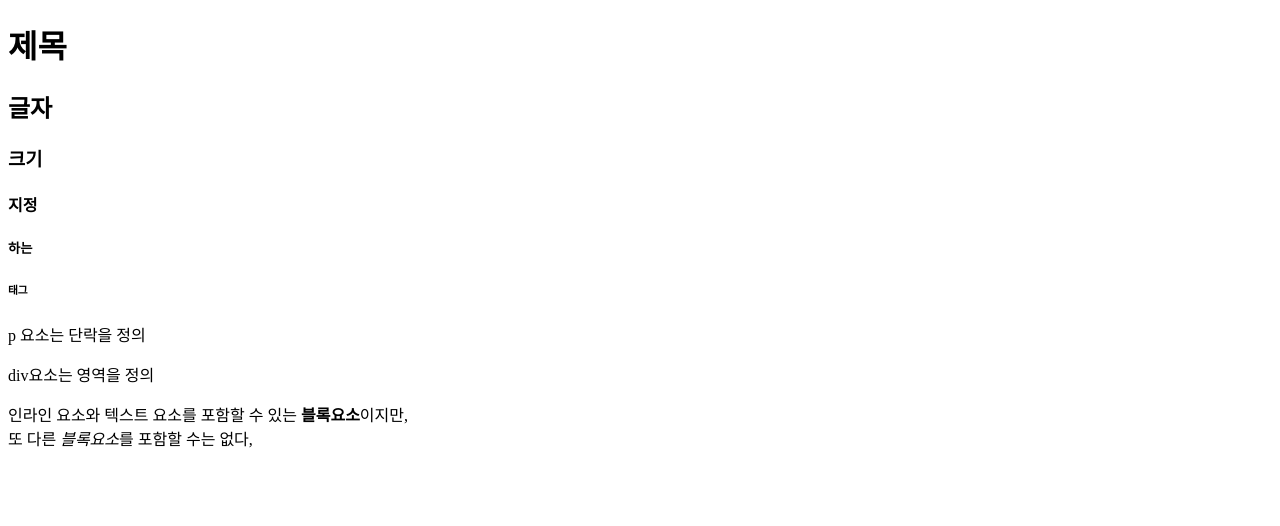
Repository: RUCKUSJERRY/PracticeOfUI
Page: UI01_HTML/WebContent/WEB-INF/html02-title-paragraph.html
These files come from the project's save history. The page is drawn as it stood at one moment and after the next save; the edit follows.
The browser window is 1280 px wide. The pictures show the whole page.

Above is the page before, as saved 2021-01-14 04:42:44.

After the next save:
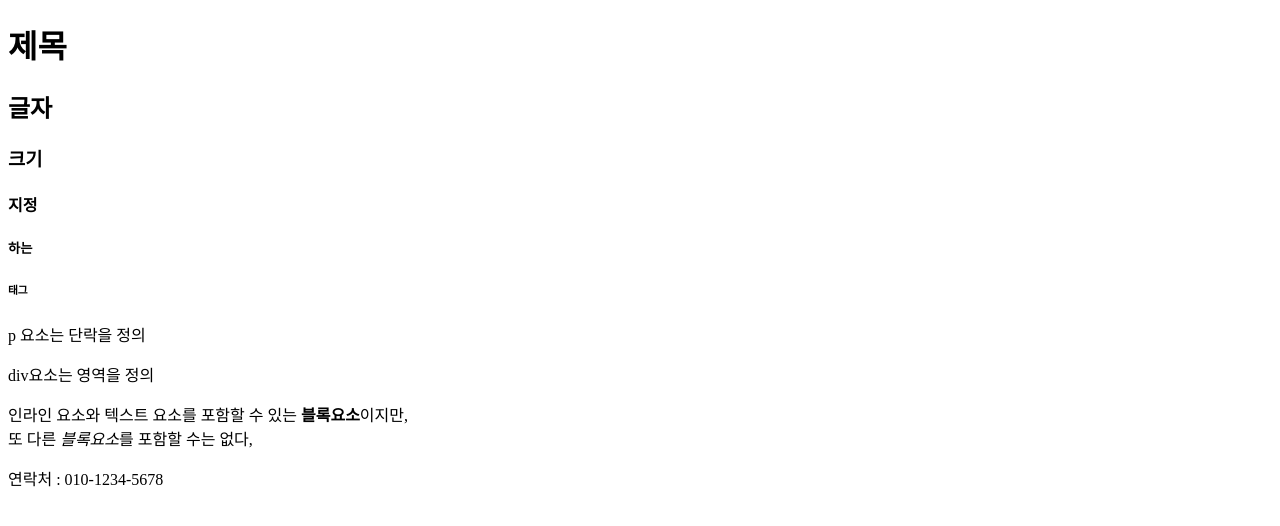
Saved 22 s later.
--- a/UI01_HTML/WebContent/WEB-INF/html02-title-paragraph.html
+++ b/UI01_HTML/WebContent/WEB-INF/html02-title-paragraph.html
@@ -22,6 +22,7 @@
 		또 다른 <em>블록요소</em>를 포함할 수는 없다,
 	</p>
 
+	<addres> 연락처 : 010-1234-5678 </addres>
 
 
 </body>
